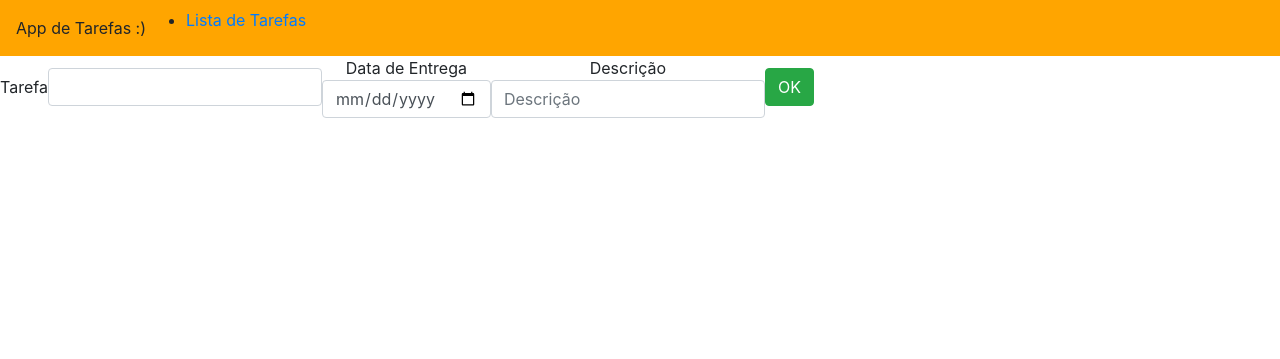
Repository: sophiaks/CRUD
Page: http://localhost/Projeto1/Views/adiciona.jsp
An editor plug-in stored every save of this project. The page is shown before and after the next save, followed by the edit.
The browser window is 1280 px wide. The pictures show the whole page.
The page is served by Tomcat 9. Nobody is signed in. The application's start-up code is not run. Other server files are loaded and not shown.

Above is the page before, as saved 2020-09-23 19:13:13.

### WorkspaceP1/Projeto1/WebContent/Views/adiciona.jsp
<%@ page language="java" contentType="text/html; charset=ISO-8859-1"
    pageEncoding="ISO-8859-1"%>
<%@ taglib uri="http://java.sun.com/jsp/jstl/core" prefix="c" %>
<%@ taglib uri="http://java.sun.com/jsp/jstl/fmt" prefix="fmt" %>
<%@ page import="java.util.*,br.edu.insper.*" %>


<!DOCTYPE html>
<html>
<head>
<meta charset="ISO-8859-1">
<title>Tarefa</title>
<link href="<c:url value="/bootstrap/css/bootstrap.css"/>" rel="stylesheet">
</head>

<body>
	<jsp:useBean id="dao" class="br.edu.insper.DAO"/>
	<header>
		<nav class="navbar navbar-expand-md navbar-dark"
		style="background-color: orange">
		<div>
			App de Tarefas :)
		</div>
		<ul>
			<li><a href="<%=request.getContextPath()%>/Views/lista.jsp">Lista de Tarefas</a></li>
		</ul>


		</nav>
	</header>
	<form class="form-inline" action="adiciona" method="post">
		<div class="form-group">
			<label for="nome">Tarefa</label>
			<input type="text" name="nome" class="form-control" id="nome">
		</div>


  </div>

		<div>
			<label for="nome">Data de Entrega</label>
			<input type="date" name="entrega" class="form-control" placeholder="Data de Entrega">
		</div>

		<div>
			<label for="descricao">Descrição</label>
			<input type="text" name="descricao" class="form-control" placeholder="Descrição">
		</div>

		<div>
			<input type="submit" value="OK" class="btn btn-success" >
		</div>



	</form>
	<br />



</body>
</html>

### WorkspaceP1/Projeto1/src/br/edu/insper/model/DAO.java
package br.edu.insper;
import java.sql.Connection;
import java.sql.DriverManager;
import java.sql.PreparedStatement;
import java.sql.ResultSet;
import java.sql.SQLException;
import java.util.ArrayList;
import java.util.List;


public class DAO {
	private Connection connection = null;

	public DAO () throws ClassNotFoundException, SQLException {
		Class.forName("com.mysql.jdbc.Driver");
		connection = DriverManager.getConnection("jdbc:mysql://127.0.0.1:3306/tarefas?serverTimezone=UTC", "root", "^^b^@JVg^x!6");
	}

	public List<Tarefa> getLista() throws SQLException {
		List<Tarefa> tarefas = new ArrayList<Tarefa>();

		PreparedStatement stmt = connection.prepareStatement("SELECT * FROM tarefa;");
		ResultSet rs = stmt.executeQuery();

		while (rs.next()) {
			Tarefa tarefa = new Tarefa();

			tarefa.setId(rs.getInt("id"));
			tarefa.setNome(rs.getString("tarefa"));
			tarefa.setEntrega(rs.getString("data"));
			tarefa.setDescricao(rs.getString("descricao"));
			tarefas.add(tarefa);
			}

		rs.close();
		stmt.close();

		return tarefas;

		}

	public void close() throws SQLException {
		connection.close();
	}

	public void adiciona(Tarefa tarefa) throws SQLException {
		String sql = "INSERT INTO Tarefa" + "(tarefa, data, descricao) VALUES (?,?,?)";
		PreparedStatement stmt = connection.prepareStatement(sql);
		stmt.setString(1, tarefa.getNome());
		stmt.setString(2, tarefa.getEntrega());
		stmt.setString(3, tarefa.getDescricao());
		stmt.execute();
		stmt.close();
	}

	public void atualiza(Tarefa tarefa) throws SQLException {
		String sql = "UPDATE Tarefa SET " + "tarefa=?, data=?, descricao=? WHERE id=?";
		PreparedStatement stmt = connection.prepareStatement(sql);
		stmt.setString(1, tarefa.getNome());
		stmt.setString(2, tarefa.getEntrega());
		stmt.setString(3, tarefa.getDescricao());
		stmt.setInt(4, tarefa.getId());
		stmt.execute();
		stmt.close();
	}

	public void remove(Integer id) throws SQLException {
		PreparedStatement stmt = connection.prepareStatement("DELETE FROM Tarefa WHERE id=?");
		stmt.setInt(1,  id);
		stmt.execute();
		stmt.close();
	}
}

Loaded but not shown: WorkspaceP1/Projeto1/WebContent/bootstrap/css/bootstrap.css (library)

After the next save:
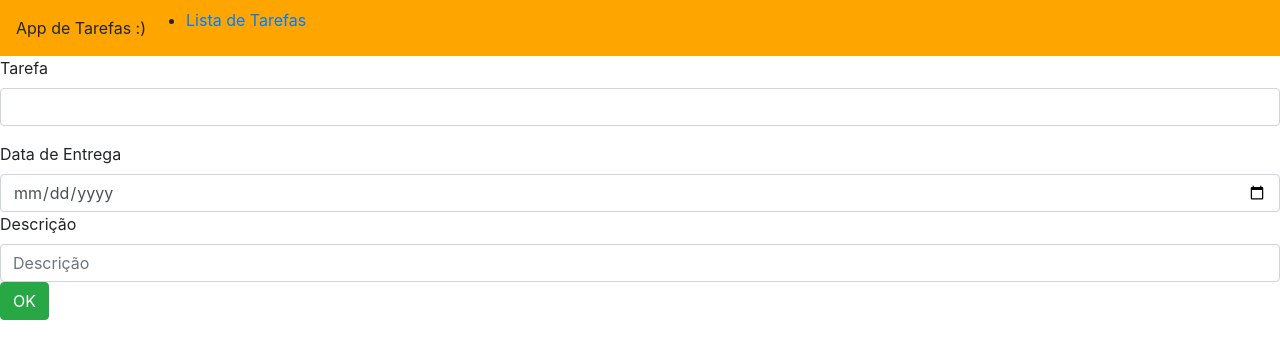
Saved 40 s later.
--- a/WorkspaceP1/Projeto1/WebContent/Views/adiciona.jsp
+++ b/WorkspaceP1/Projeto1/WebContent/Views/adiciona.jsp
@@ -28,14 +28,11 @@
 
 		</nav>
 	</header>
-	<form class="form-inline" action="adiciona" method="post">
+	<form action="adiciona" method="post">
 		<div class="form-group">
 			<label for="nome">Tarefa</label>
 			<input type="text" name="nome" class="form-control" id="nome">
 		</div>
-
-
-  </div>
 
 		<div>
 			<label for="nome">Data de Entrega</label>
